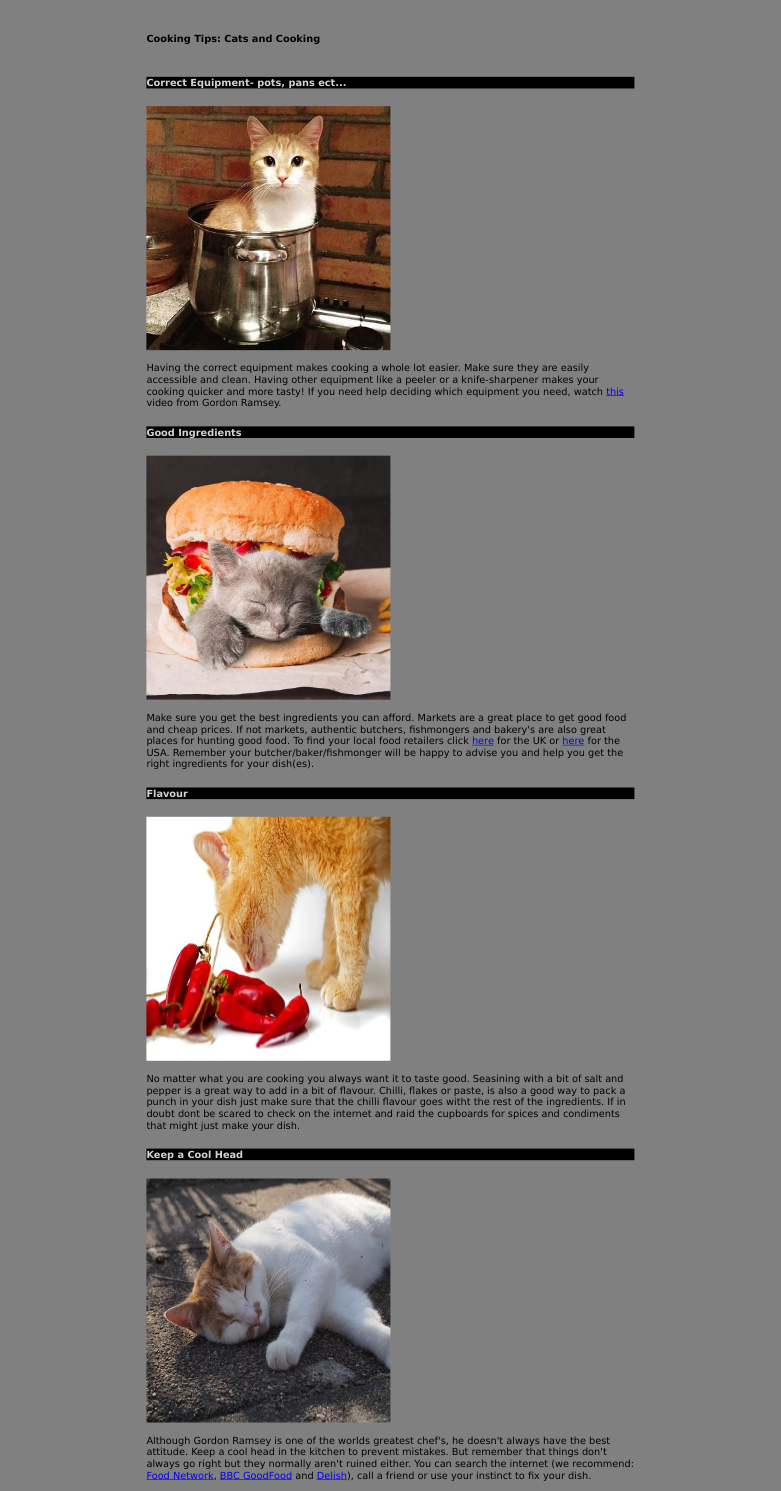
Repository: evamaltby/catsandcooking
Page: index.html
The author's editor kept a record of every edit. The page is drawn from the files as they stood at one moment, then again after the next edit.
The browser window is 1280 px wide. The pictures show the whole page, at 61% of full size.

Above is the page before.
Not found: css/normalize.css

After the next edit:
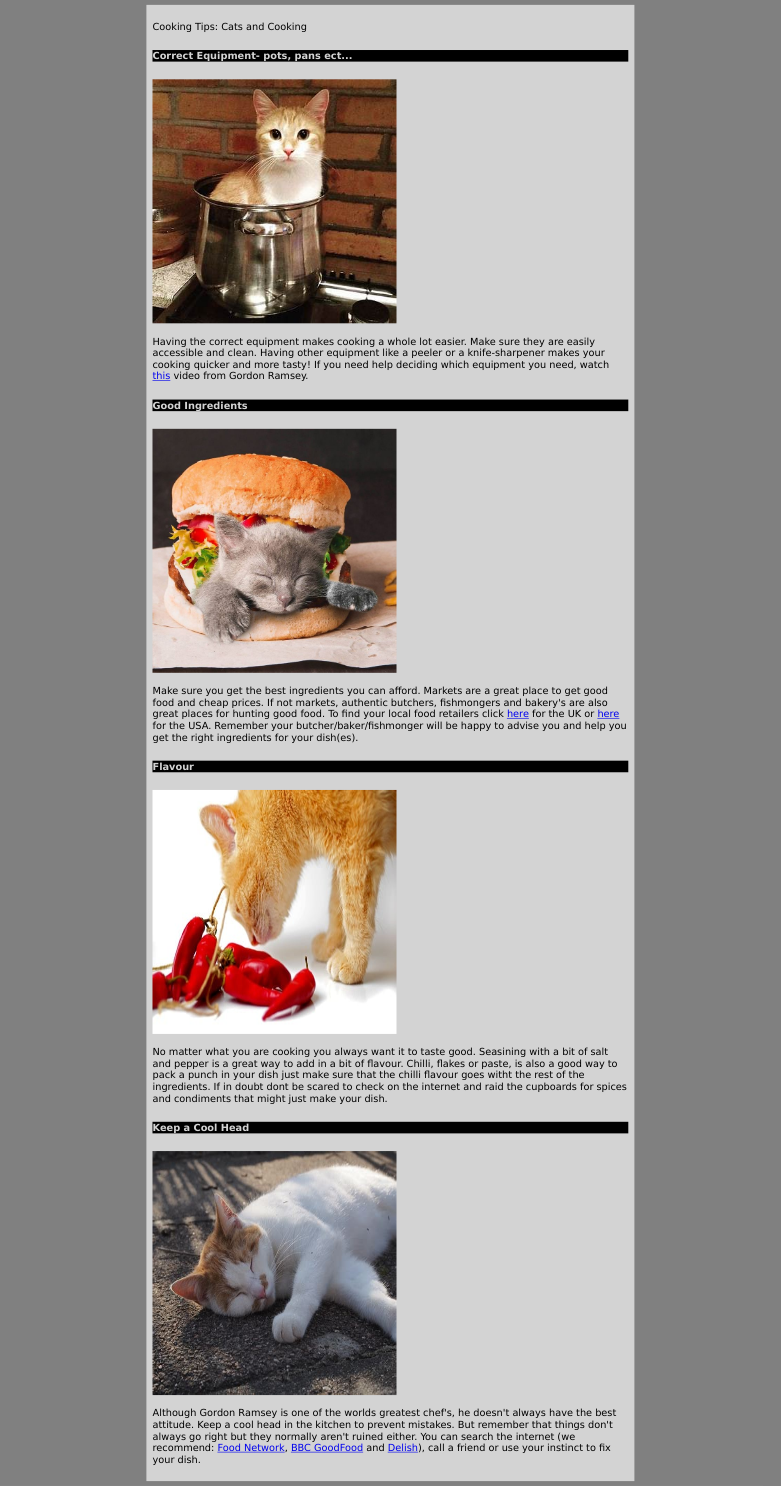
The edit:
--- a/index.html
+++ b/index.html
@@ -25,6 +25,7 @@
     <body>
 
     <div style="width:800px; margin:0 auto;">
+        <div id="container"
 
 
 
